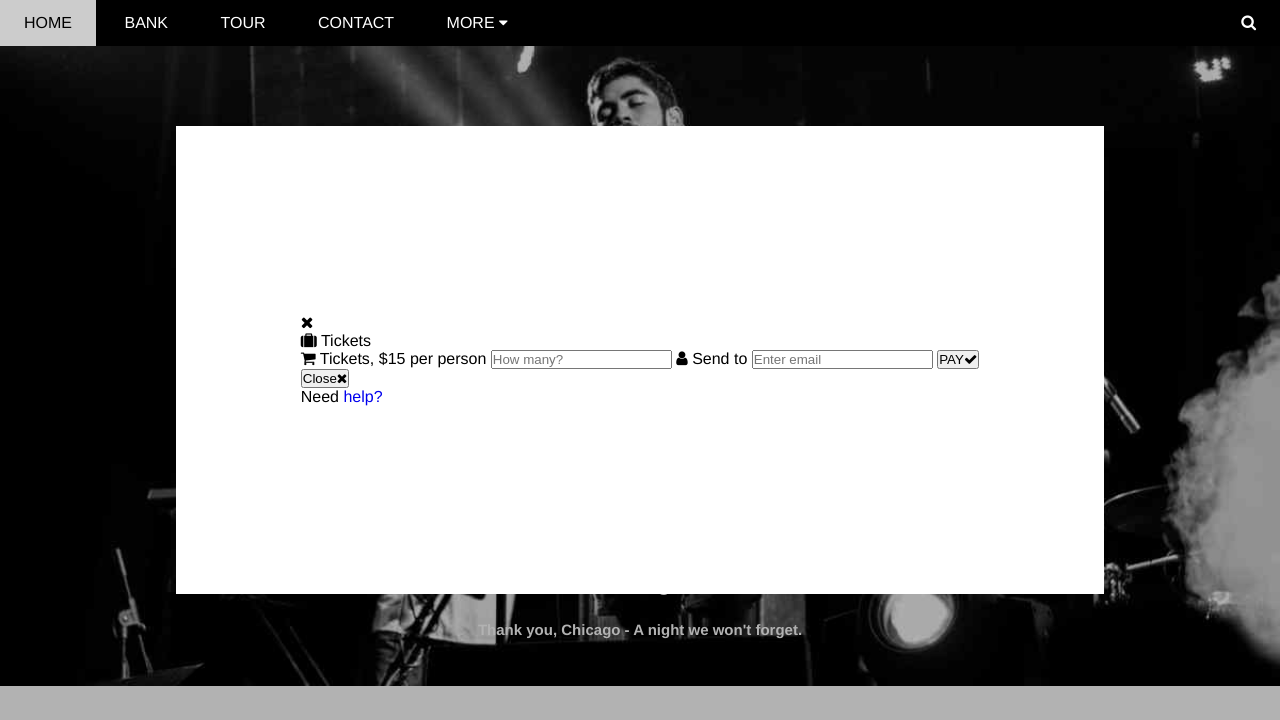
Repository: vuongtm1999/TheBand_W3School
Page: index.html
An editor plug-in stored every save of this project. The page is shown before and after the next save, followed by the edit.
The browser window is 1280 px wide. The pictures show the window.
A layer covers the whole window, so only the first screen is drawn.

Above is the page before, as saved 2022-08-27 13:26:43.

### index.html
<!DOCTYPE html>
<html lang="en">
<head>
    <meta charset="UTF-8">
    <meta http-equiv="X-UA-Compatible" content="IE=edge">
    <meta name="viewport" content="width=device-width, initial-scale=1.0">
    <title>Document</title>
    <link rel="stylesheet" href="./assets/css/style.css">
    <link rel="stylesheet" href="https://cdnjs.cloudflare.com/ajax/libs/font-awesome/4.7.0/css/font-awesome.min.css">

</head>
<body>
        <div id="header">
            <!-- begin: nav -->
            <ul id="nav">
                <li><a href="#">Home</a></li>
                <li><a href="#">Bank</a></li>
                <li><a href="#">Tour</a></li>
                <li><a href="#">Contact</a></li>
                <li>
                    <a href="#">More <i style="font-size: 15px;" class="fa fa-caret-down"></i></a>
                    <ul class="subnav">
                        <li><a href="#">Merchandise</a></li>
                        <li><a href="#">Extras</a></li>
                        <li><a href="#">Media</a></li>
                    </ul>
                </li>
            </ul>
            <!-- end: nav -->

            <!-- begin: search button -->
            <div class="search-button">
                <i class="fa fa-search"></i>
            </div>
            <!-- end: search button -->
        </div>

        <div id="slider">
            <div class="text-content">
                <div class="container">
                    <h3 class=text-heading>
                        Chicago
                    </h3>
                    <div class="text-description">
                        Thank you, Chicago - A night we won't forget.
                    </div>
                </div>
            </div>
        </div>

        <div id="content">
            <!-- about section -->
            <div class="content-section">
                <h2 class="section-heading">THE BAND</h2>
                <p class="section-sub-heading">We love music</p>
                <p class="section-about-text">We have created a fictional band website. Lorem ipsum dolor sit amet, consectetur adipiscing elit, sed do eiusmod tempor incididunt ut labore et dolore magna aliqua. Ut enim ad minim veniam, quis nostrud exercitation ullamco laboris nisi ut aliquip ex ea commodo consequat. Duis aute irure dolor in reprehenderit in voluptate velit esse cillum dolore eu fugiat nulla pariatur. Excepteur sint occaecat cupidatat non proident, sunt in culpa qui officia deserunt mollit anim id est laborum consectetur adipiscing elit, sed do eiusmod tempor incididunt ut labore et dolore magna aliqua. Ut enim ad minim veniam, quis nostrud exercitation ullamco laboris nisi ut aliquip ex ea commodo consequat.</p>

                <div class="member-list">

                    <div class="member-item">
                        <p class="member-name">Name</p>
                        <img class="member-image" src="assets/img/bandmember.jpg" alt="member">
                    </div>

                    <div class="member-item">
                        <p class="member-name">Name</p>
                        <img class="member-image" src="assets/img/bandmember.jpg" alt="member">
                    </div>

                    <div class="member-item">
                        <p class="member-name">Name</p>
                        <img class="member-image" src="assets/img/bandmember.jpg" alt="member">
                    </div>

                    <div class="clearFloat"></div>
                </div>
            </div>

            <!-- TOUR DATES section -->
            <div class="tour-section">
                <div class="content-section">
                    <h2 class="section-heading">THE BAND</h2>
                    <p class="section-sub-heading">We love music</p>

                    <ul class="ticket-list">
                        <li>September <span class="soldout">Sold out</span></li>
                        <li>October <span class="soldout">Sold out</span></li>
                        <li>November <span class="quantity">3</span></li>
                    </ul>

                    <div class="place-ticket">

                        <div class="place-item">
                            <img src="assets/img/place/newyork.jpg" alt="img-ticket" class="place-img">
                            <div class="place-body">
                                <h3 class="place-city">New York</h3>
                                <p class="place-time">Fri 27 Nov 2016</p>
                                <p class="place-description">Praesent tincidunt sed tellus ut rutrum sed vitae justo.</p>
                                <a href="#" class="place-buy-tickets">Buy tickets</a>
                            </div>
                        </div>

                        <div class="place-item">
                            <img src="assets/img/place/newyork.jpg" alt="img-ticket" class="place-img">
                            <div class="place-body">
                                <h3 class="place-city">New York</h3>
                                <p class="place-time">Fri 27 Nov 2016</p>
                                <p class="place-description">Praesent tincidunt sed tellus ut rutrum sed vitae justo.</p>
                                <a href="#" class="place-buy-tickets">Buy tickets</a>
                            </div>
                        </div>

                        <div class="place-item">
                            <img src="assets/img/place/newyork.jpg" alt="img-ticket" class="place-img">
                            <div class="place-body">
                                <h3 class="place-city">New York</h3>
                                <p class="place-time">Fri 27 Nov 2016</p>
                                <p class="place-description">Praesent tincidunt sed tellus ut rutrum sed vitae justo.</p>
                                <a href="#" class="place-buy-tickets">Buy tickets</a>
                            </div>
                        </div>

                        <div class="clearFloat"></div>
                    </div>
                </div>
            </div>



            <!-- CONTACT section -->
            <div class="content-section">
                <h2 class="section-heading">THE BAND</h2>
                <p class="section-sub-heading">We love music</p>
            </div>

        </div>

        <!-- Modal dialog -->
        <div id="modal">
            <div class="modal-container">
                <i class="fa fa-times" aria-hidden="true"></i>
                <header class="modal-header">
                    <i class="fa fa-suitcase"></i>
                     Tickets
                </header>
                <div class="modal-body">
                    <label for="quantity-tick" class="modal-label">
                        <i class="fa fa-shopping-cart" aria-hidden="true"></i>
                        Tickets, $15 per person
                    </label>
                    <input type="text" class="quantity-ticket" placeholder="How many?">

                    <label for="quantity-tick" class="modal-label">
                        <i class="fa fa-user" aria-hidden="true"></i>
                        Send to
                    </label>
                    <input type="text" id="quantity-ticket" placeholder="Enter email">

                    <button id="btn-pay">PAY<i class="fa fa-check" aria-hidden="true"></i></button>


                </div>

                <div class="modal-footer">
                    <button>Close<i class="fa fa-times" aria-hidden="true"></i></button>

                    <div>Need <a href="#" id="btn-help">help?</a></div>
                </div>
            </div>
        </div>

        <div id="footer">

        </div>
    </div>
</body>
</html>

### assets/css/style.css
/* reset CSS */
* {
    margin: 0;
    padding: 0;
    box-sizing: border-box;
}

html {
    font-family: Helvetica, Arial, sans-serif;
}

#nav, .subnav, li{
    list-style-type: none;
}

#nav{
    display: inline-block;
}

/*
Nguyen tac lam viec
1. Vi tri
2. Kich thuoc
3. Mau sac
4. Kieu dang (kieu chu, hinh tron hay hinh vuong,...)
*/

/*
Tu ngoai vao trong
Tu tren xuong duoi
TU tong quan den chi tiet
 */

#main {}

#header {
    position: fixed;
    z-index: 1;
    height: 46px;
    background-color: #000;
    color: #fff;
    top: 0;
    left: 0;
    right: 0;
}

#nav li {
    text-decoration: none;
    line-height: 46px;
}

a{
    text-decoration: none;
}

#nav > li > a {
    /* display: inline-block; */
    padding: 0px 24px;
    color: #ffffff;
    text-transform: uppercase;
}

#nav > li {
    display: inline-block;
}

#nav li:last-child {
    position: relative;
}

#nav .subnav {
    background-color: #fff;
    position: absolute;
    display: none;
    top: 100%;
    left: 0;
    box-shadow:  0px 0px 10px rgba(0, 0, 0, 0.3);
    min-width: 160px;
}

#nav .subnav a{
    color: #000;
    padding: 0px 12px;
    line-height: 30px;
    display: inline-block;
    width: 100%;
}

#nav .subnav li:hover,
#nav > li:hover > a {
    color: #000;
    background-color: #ccc;
    display: block;
}

#nav > li:last-child:hover .subnav{
    display: block;
}

/* search btn */
#header .search-button{
    float: right;
    line-height: 46px;
    padding: 0 24px;
}

#header .search-button:hover{
    background-color: #f44336;
    cursor: pointer;
}

#slider {
    /* background-color: rgb(27, 22, 22); */
    margin-top: 46px;
/* padding-top bang 50% chieu rong cua thanh phan do */
    padding-top: 50%;
    position: relative;
    background: url("/assets/img/chicago.jpg") top center / cover no-repeat;
}

#slider .text-content{
    position: absolute;
    color: white;
    bottom: 48px;

    /* cach 1 */
    /* left: 50%;
    transform: translateX(-50%); */
    /* cach 2 */
    /* left: 0;
    right: 0; */
    /* cach 3 */
    width: 100%;
    text-align: center;
}

.text-heading{
    font-size: 24px;
    font-weight: 400;
}

.text-description{
    margin-top: 25px;
    font-weight: bolder;
    font-size: 15px;
}

#content .content-section{
    width: 800px;
    padding: 64px 0;
    margin-left: auto;
    margin-right: auto;
}

.content-section .section-heading,
.content-section .section-about-text{
    margin: 15px 0px;
}

.content-section .section-heading,
.content-section .section-sub-heading{
    text-align: center;
}

.content-section .section-sub-heading{
    font-size: 15px;
    opacity: 0.7;
    font-style: italic;
}

.content-section .section-heading{
    font-size: 30px;
    font-weight: 500;
    letter-spacing: 4px;
}

.content-section .section-about-text{
    /* line-height khong co px */
    line-height: 1.5;
    font-size: 15px;
    text-align: justify;
}

.content-section .member-item{
    float: left;
    width: calc(100%/3);

    /* width: 33.333%; */
}

.content-section .member-list{
    margin: 32px 0;
    text-align: center;

    /* Khac phuc khi dung float :left */
    /* overflow: hidden; */
}

.content-section .member-name{
    /* text-align: center; */
}

.content-section .member-name{
    margin: 15px 0;
}

.content-section .member-image{
    width: 154px;
    border-radius: 4px;
}

.content-section .clearFloat{
    /* Khac phuc khi dung float :left */
    clear: both;
}

/* Tour section */
.tour-section{
    background-color: #000;
}

/*  begin: tour section */
.section-heading,
.section-sub-heading{
    color: white;
}

.ticket-list{
    background-color: white;
}

.ticket-list > li{
    font-size: 15px;
    padding: 12px;
    border-bottom: 1px solid #ddd;
    color: #757575;
}

.soldout{
    background-color: #f44336;
    padding: 6px;
    margin-left: 16px;
    color: #fff;
}

.quantity{
    float: right;
    margin-right: 16px;
    background-color: #000;
    width: 24px;
    height: 24px;
    border-radius: 50%;
    color: white;
    text-align: center;
    line-height: 24px;
    margin-top: -3px;
}

/* place-ticket */
.place-ticket{
    /* margin-top: 32px; */
    padding-top: 32px;
    margin-left: -8px;
    margin-right: -8px;
}

.place-item{
    float: left;
    width: 33.3333%;
    padding: 0 8px;
}

.place-img{
    width: 100%;
    display: block;
}

.place-img:hover{
    opacity: 0.7;
}

.place-body{
    background-color: white;
    color: rgb(1, 1, 1);
    padding: 16px;
}

.place-city{
    font-weight: 550;
}

.place-time{
    opacity: 0.8;
    margin: 15px 0;
}

.place-description{
    margin: 15px 0;
    line-height: 1.5;
}

.place-buy-tickets{
    background-color: #000;
    padding: 8px 16px;
    color: white;
    display: inline-block;
}

.place-buy-tickets:hover{
    background-color: #ccc;
    color: #000;
}

/* modal dialog */
#modal{
    position: fixed;
    background-color: rgba(0, 0, 0, 0.3);
    top: 0;
    left: 0;
    right: 0;
    bottom: 0;

    display: flex;
    align-items: center;
    justify-content: center;
}

.modal-container{
    background-color: #fff;
    padding: 188px 125px;
}



#container {
    /* height: 500px;
    background-color: #ccc; */
}

#content {}

#footer {}

After the next save:
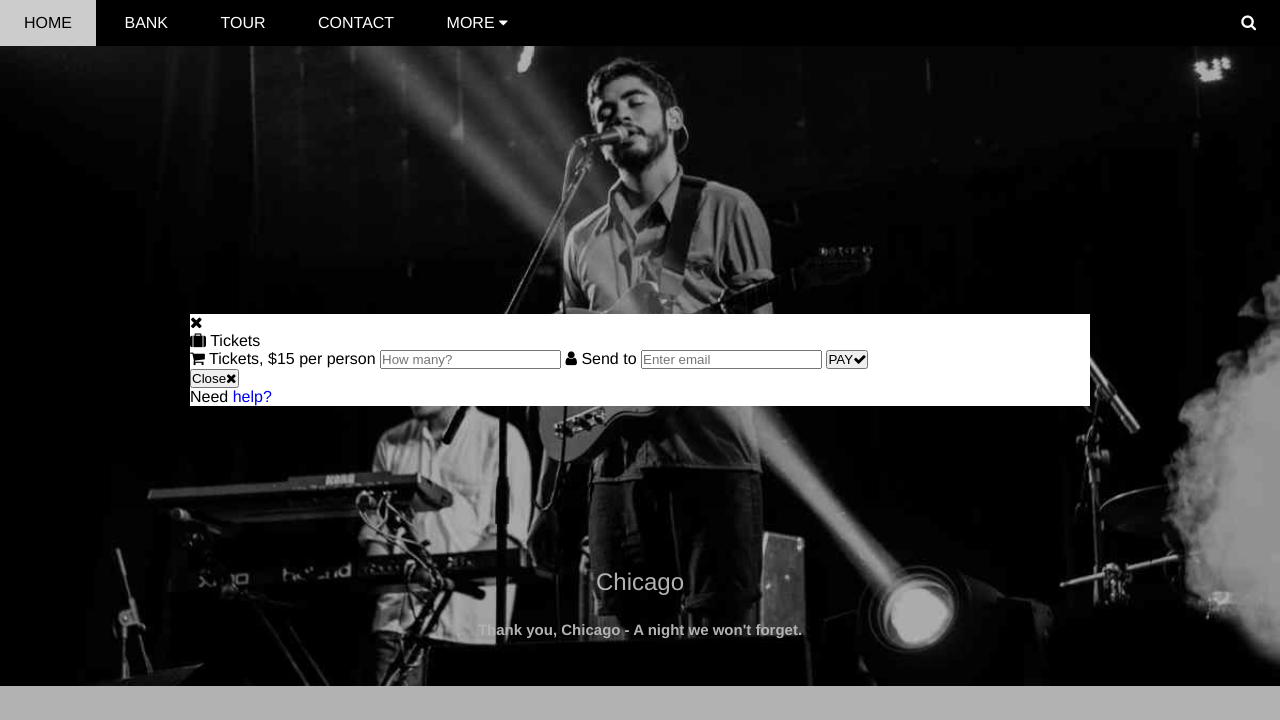
Saved 4 min 14 s later.
--- a/assets/css/style.css
+++ b/assets/css/style.css
@@ -327,7 +327,7 @@ a{
 
 .modal-container{
     background-color: #fff;
-    padding: 188px 125px;
+    width: 900px;
 }
 
 
